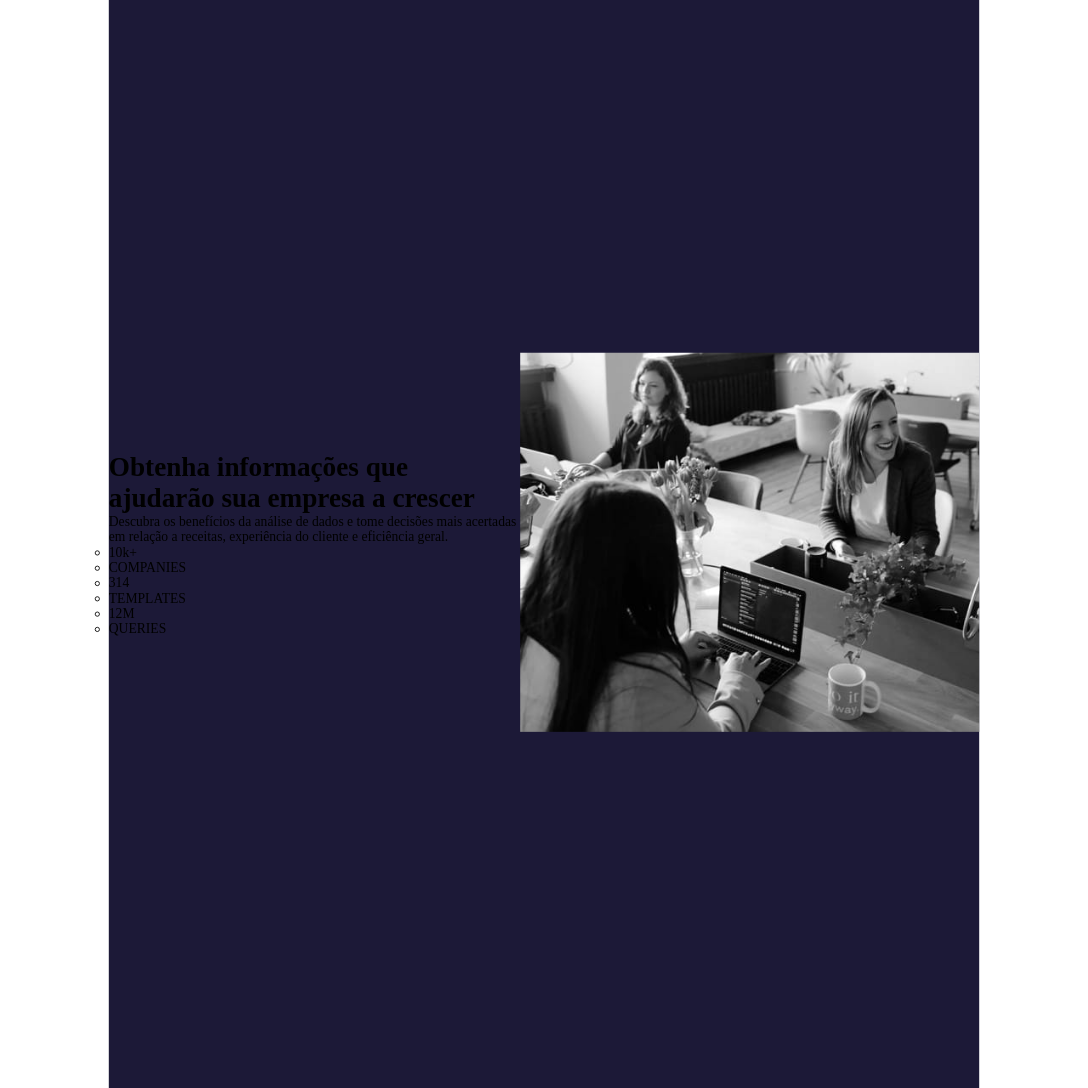
Repository: caique2512/componentes-de-estatisticas
Page: index.html
The author's editor kept a copy of each file at every save. The page is drawn from the files as they stood at one save, then again after the next save.
The browser window is 1280 px wide. The pictures show the whole page, at 85% of full size.

Above is the page before, as saved 2026-03-03 17:04:26.

### index.html
<!DOCTYPE html>
<html lang="pt-br">
<head>
    <meta charset="UTF-8">
    <meta name="viewport" content="width=device-width, initial-scale=1.0">
    <title>Estatisticas</title>
    <link rel="stylesheet" href="src/reset.css">
    <link rel="stylesheet" href="src/estilos.css">
</head>
<body>
    <main class="conteudo">
        <div class="conteudo-principal">
            <h1>Obtenha informações que ajudarão sua empresa a crescer</h1>
            <p>Descubra os benefícios da análise de dados e tome decisões mais acertadas em relação a receitas, experiência do cliente e eficiência geral.</p>
            <ul class="estatisticas">
                <ul class="item1">
                    <li class="descricao">10k+</li>
                    <li>COMPANIES</li>
                </ul>
                <ul class="item2">
                    <li class="descricao">314</li>
                    <li>TEMPLATES</li>
                </ul>
                <ul class="item3">
                    <li class="descricao">12M</li>
                    <li>QUERIES</li>
                </ul>
            </ul>
        </div>
        <picture class="img">
            <img src="./images/image-header-desktop.jpg" alt="Mulheres no escritório">
        </picture>
    </main>
</body>
</html>

### src/estilos.css
.conteudo {
    background-color: #1C1937;
    display: flex;
    max-width: calc(100% - 20%);
    margin: 0 auto;
    height: 100vw;
    align-items: center;
}

Loaded but not shown: src/reset.css (common file)

After the next save:
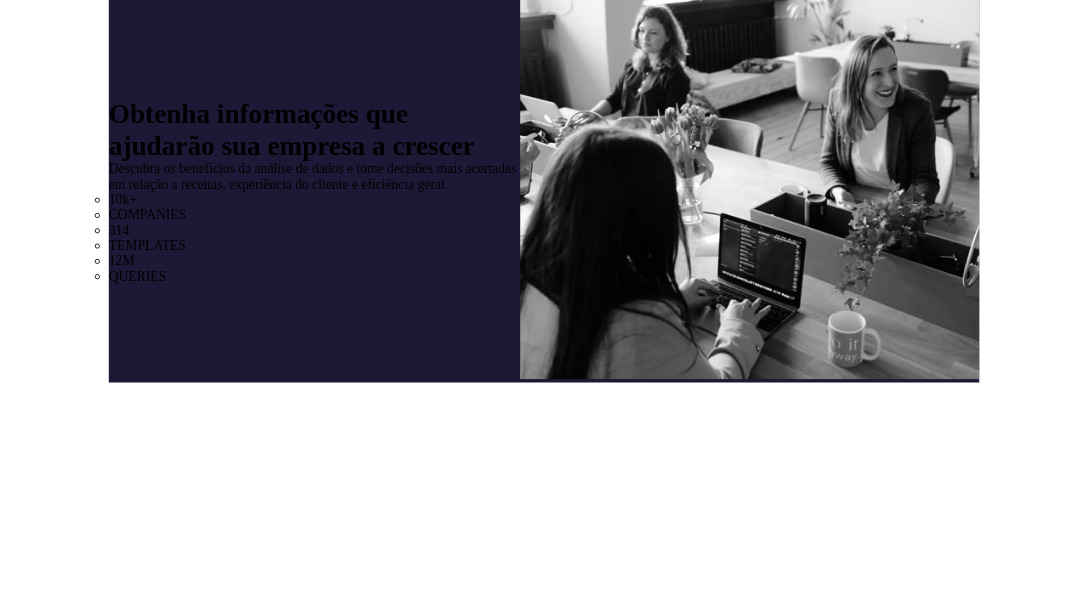
Saved 18 s later.
--- a/src/estilos.css
+++ b/src/estilos.css
@@ -3,6 +3,6 @@
     display: flex;
     max-width: calc(100% - 20%);
     margin: 0 auto;
-    height: 100vw;
+    height;
     align-items: center;
 }
